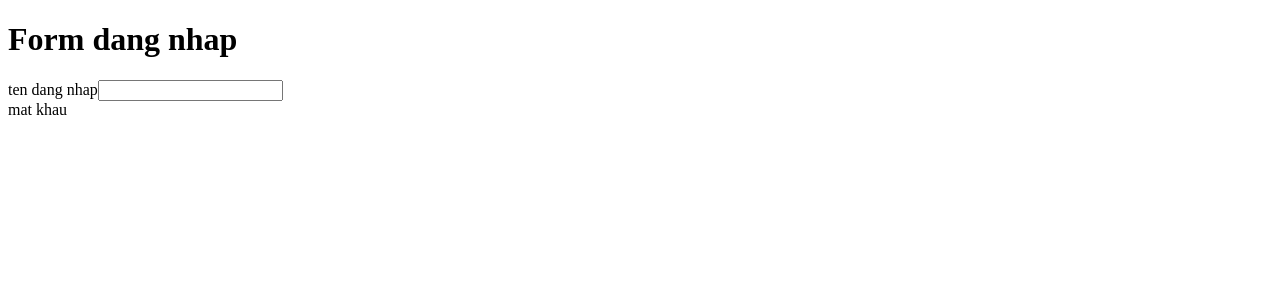
Repository: iamwind-dev/PHP
Page: http://localhost/tuan2/bai1/bai1.php
These files come from the project's save history. The page is drawn as it stood at one moment and after the next save; the edit follows.
The browser window is 1280 px wide. The pictures show the whole page.
The page is run by PHP 8.4 with error messages shown; the project is at /var/www/html/.

Above is the page before, as saved 2023-09-15 14:48:33.

### tuan2/bai1/bai1.php
<!DOCTYPE html>
<html lang="en">

<head>
    <meta charset="UTF-8">
    <meta name="viewport" content="width=device-width, initial-scale=1.0">
    <title>Form Dang Nhap</title>
</head>

<body>
    <?php

    ?>
    <h1>Form dang nhap</h1>
    <form action="xulydangnhap.php" method="GET">
        ten dang nhap<input type="text" name="username"><br>
        mat khau<input type="password" name=

After the next save:
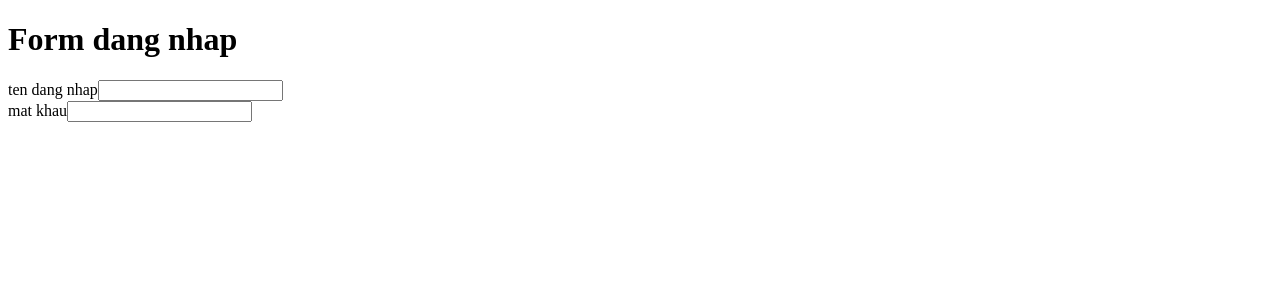
Saved 4 s later.
--- a/tuan2/bai1/bai1.php
+++ b/tuan2/bai1/bai1.php
@@ -14,4 +14,4 @@
     <h1>Form dang nhap</h1>
     <form action="xulydangnhap.php" method="GET">
         ten dang nhap<input type="text" name="username"><br>
-        mat khau<input type="password" name=
+        mat khau<input type="password" name="password"><br>

After the save that followed:
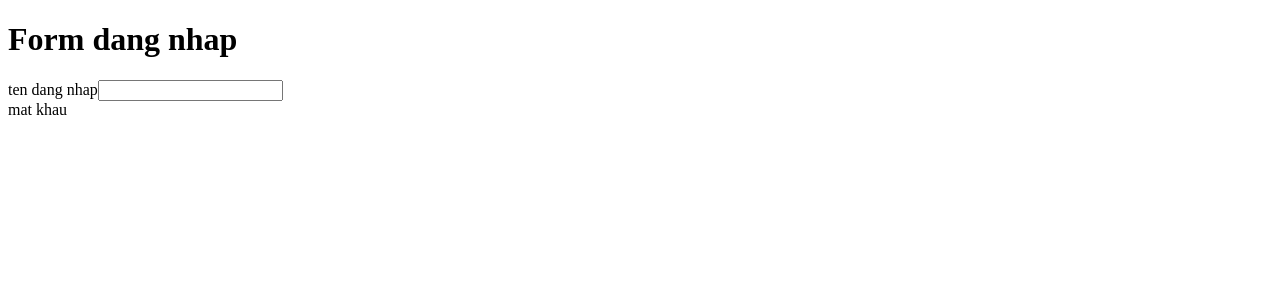
Saved 45 s later.
--- a/tuan2/bai1/bai1.php
+++ b/tuan2/bai1/bai1.php
@@ -14,4 +14,7 @@
     <h1>Form dang nhap</h1>
     <form action="xulydangnhap.php" method="GET">
         ten dang nhap<input type="text" name="username"><br>
-        mat khau<input type="password" name="password"><br>
+        mat khau
+</body>
+
+</html>
